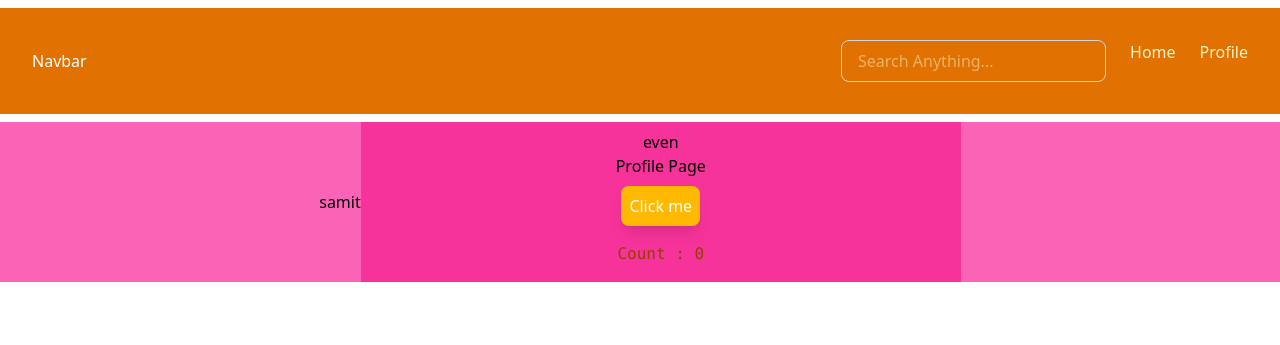
Repository: samit2059/CollegeReact
Page: / (app in react/collegereact/)
The author's editor kept a copy of each file at every save. The page is drawn from the files as they stood at one save, then again after the next save.
The browser window is 1280 px wide. The pictures show the whole page.
The project was rebuilt for these pictures with package versions that can differ from the ones it lists, and the page was loaded fresh each time. Also part of the build but not shown: react/collegereact/vite.config.js, react/collegereact/src/App.jsx, react/collegereact/src/navbar.jsx, react/collegereact/src/Props Example/First.jsx, react/collegereact/src/Props Example/Second.jsx.

Above is the page before, as saved 2026-01-21 11:12:18.

### react/collegereact/index.html
<!doctype html>
<html lang="en">
  <head>
    <meta charset="UTF-8" />
    <link rel="icon" type="image/svg+xml" href="/vite.svg" />
    <meta name="viewport" content="width=device-width, initial-scale=1.0" />
    <title>collegereact</title>
  </head>
  <body>
    <div id="root"></div>
    <script type="module" src="/src/main.jsx"></script>
  </body>
</html>

### react/collegereact/src/main.jsx
import { StrictMode } from "react";
import { createRoot } from "react-dom/client";
import "./index.css";
import App from "./App.jsx";
import Navbar from "./navbar.jsx";
import Nav1 from "./nav1.jsx";
import First from "./Props Example/First.jsx";
// import Profile from "./profile.jsx";
import Profile from "./StateExamples/profile.jsx";
import Second from "./Props Example/Second.jsx";
// import Home from './Home.jsx'
// import { Second } from './Home.jsx'

// let myObj = {
//   address: "ktm",
//   age: 23,
//   fullName: "rams"
// }
// let profile = {
//   username:"Samit Shrestha",
//   email:"shrestha@gmail.com",
//   age:18,
//   address:"Bhaktapur",
// };
createRoot(document.getElementById("root")).render(
  <StrictMode>
    {/* <Navbar /> */}
    <Nav1 />
    {/* <First address={"BKT"} age={33} fullName="motorcycle" /> */}
    {/* <First {...myObj} /> */}
    <Profile gretting="samit"/>
    {/* <App /> */}
    {/* <Second /> */}
    {/* <Home />   */}
  </StrictMode>
);

### react/collegereact/src/index.css
@import "tailwindcss";

/* in index.css (after tailwind layers) */
/* .tw-root .btn {
  @apply px-4 py-2 bg-blue-500 text-white rounded;
} */

### react/collegereact/src/nav1.jsx
import React from 'react';
import './navbar.css'

const Nav1 = () => {
  let handleProfile = (e) => {
    e.target.style.color = "red";
    e.target.style.backgroundColor = "black"
    console.log("profile clicked");
    console.log(e.target.style);
    /*
    let event ={
     target:{
        value:"Profile",
        style:{
            color:"red",
            backgroundColor:"black"
        }
     }
    } */
  }
  let handleChangeOnsearch = (e) => {
    console.log(e.target.value);
    // e.target.style.backgroundColor = "black"
    e.target.style.color = "red"
    let l = e.target.value;
    console.log(l.length);
    let random1 = Math.floor(Math.random() * 255);
    let random2 = Math.floor(Math.random() * 255);
    let random3 = Math.floor(Math.random() * 255);

    e.target.style.backgroundColor = `rgb(${random1}, ${random2}, ${random3})`
    console.log(random1);
    console.log(random2);
    console.log(random3);
  }
  return (
    <div className=' !p-8 !my-2 flex bg-amber-600 text-amber-100 justify-between items-center'>
      <h1 className='navelement'>Navbar</h1>
      <div className='menus flex gap-6'>
        <div className='max-w-md mx-auto '>
            <input placeholder='Search Anything...' onChange={handleChangeOnsearch} className='w-full px-4 py-2 border border-gray-300 rounded-lg focus:ring-2 focus:ring-blue-500 focus:border-transparent outline-none transition-all'/>
        </div>
        <h4 onClick={(e) => {
          console.log("home clicked");
          console.log(e.target);

        }}>Home</h4>
        <h4 onClick={handleProfile}>Profile</h4>
      </div>
    </div>
  )
}

export default Nav1

### react/collegereact/src/StateExamples/profile.jsx
import { useState } from "react"

let Profile = ({gretting}) =>{
    const [count, setCount] = useState(0);
    return (
        <div className="items-center justify-center bg-pink-400 text-center flex">
            {gretting}
        <div className="p-2 bg-pink-500 w-[600px] items-center justify-center">
            {count%2 == 0 ? <h2>even</h2> : <h2>ODD</h2>}
            <h1>Profile Page</h1>
            <button onClick={() => setCount(count+1)} className="p-2 m-2 bg-amber-400 font-medium rounded-lg shadow-lg text-white">Click me</button>
            <p className="p-2 text-amber-800 font-mono ">Count : {count}</p>
        </div>
        </div>
    )
}

export default Profile

### react/collegereact/src/navbar.css


.navelement {
    color: white;
}

.navelement:hover {
    color: aliceblue;
}

.navbar {
    /* padding: 30px 20px; */
}

After the next save:
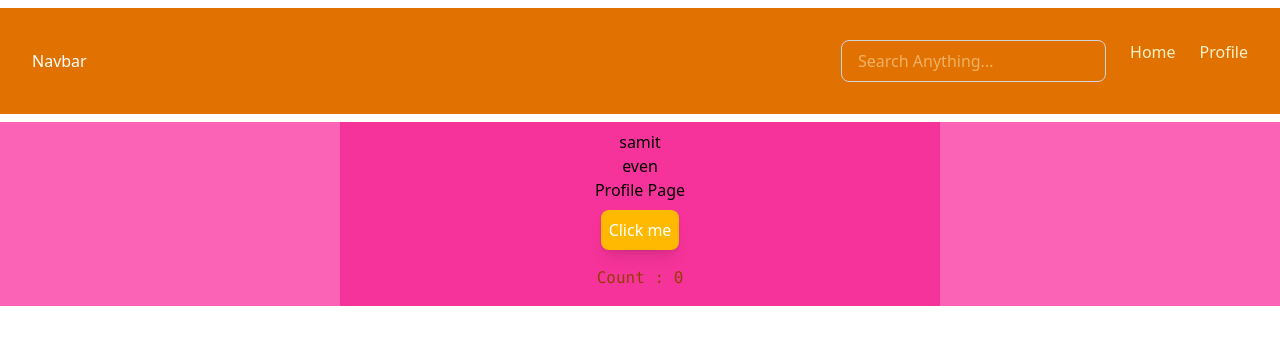
Saved 45 s later.
--- a/react/collegereact/src/StateExamples/profile.jsx
+++ b/react/collegereact/src/StateExamples/profile.jsx
@@ -4,8 +4,8 @@ let Profile = ({gretting}) =>{
     const [count, setCount] = useState(0);
     return (
         <div className="items-center justify-center bg-pink-400 text-center flex">
+        <div className="p-2 bg-pink-500 w-[600px] items-center justify-center">
             {gretting}
-        <div className="p-2 bg-pink-500 w-[600px] items-center justify-center">
             {count%2 == 0 ? <h2>even</h2> : <h2>ODD</h2>}
             <h1>Profile Page</h1>
             <button onClick={() => setCount(count+1)} className="p-2 m-2 bg-amber-400 font-medium rounded-lg shadow-lg text-white">Click me</button>
